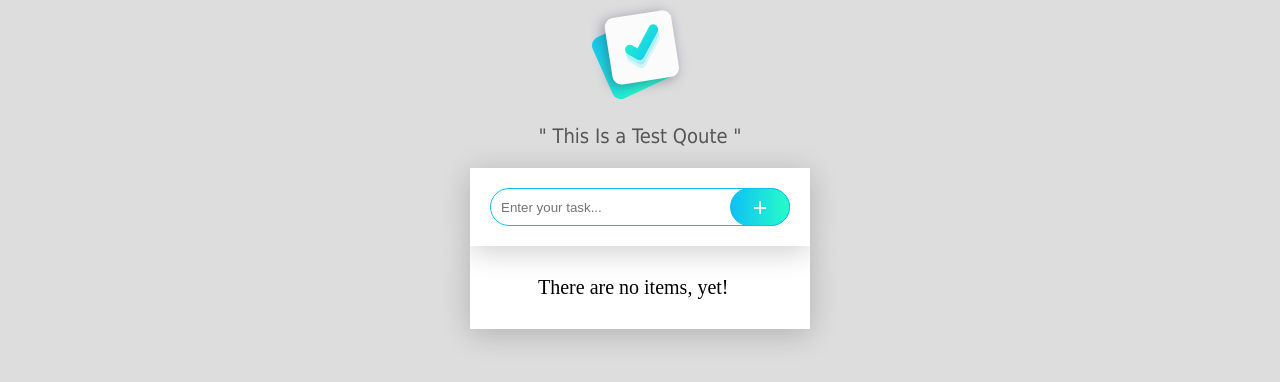
Repository: ahmedhamed15/React-Todo
Page: /
These files come from the project's save history. The page is drawn as it stood at one moment and after the next save; the edit follows.
The browser window is 1280 px wide. The pictures show the whole page.
The project was rebuilt for these pictures with package versions that can differ from the ones it lists, and the page was loaded fresh each time. Also part of the build but not shown: src/components/Todos/TodoItem/index.js.

Above is the page before, as saved 2021-07-27 00:20:13.

### src/index.js
import React from 'react';
import ReactDOM from 'react-dom';
import './index.scss';
import App from './App';

ReactDOM.render(<App />,document.getElementById('root'));

### src/index.scss
html {
  background: #ddd;
  height: 100%;
  display: flex;
}
body {
  width: 100%;
  margin: auto;
  margin: 0;
  padding: 0;
}

### src/App.js
import MainLogo from "./components/MainLogo";
import Qoute from "./components/Qoute";
import TodoList from "./components/Todos/TodoList";

function App() {
  return (
    <section className="App">
      <MainLogo />
      <Qoute />
      <TodoList />
    </section>
  );
}

export default App;

### src/components/MainLogo/index.js
import "./style.scss"

const index = () => {
    return (
        <section className="main-logo">
            <svg width="100px" height="100px" viewBox="0 0 100 100" version="1.1" xmlns="http://www.w3.org/2000/svg" xmlnsXlink="http://www.w3.org/1999/xlink">
                <desc>Created with Sketch.</desc>
                <defs>
                <linearGradient x1="34.9523037%" y1="0%" x2="116.039609%" y2="115.484477%" id="linearGradient-1">
                    <stop stopColor="#27FDC7" offset="0%"></stop>
                    <stop stopColor="#0FC0F5" offset="100%"></stop>
                </linearGradient>
                <rect id="path-2" x="19.8783454" y="5.46149939" width="67.2578578" height="67.2008596" rx="8.99999976"></rect>
                <filter x="-35.7%" y="-28.3%" width="162.4%" height="162.5%" filterUnits="objectBoundingBox" id="filter-3">
                    <feOffset dx="-3" dy="2" in="SourceAlpha" result="shadowOffsetOuter1"></feOffset>
                    <feGaussianBlur stdDeviation="6.5" in="shadowOffsetOuter1" result="shadowBlurOuter1"></feGaussianBlur>
                    <feColorMatrix values="0 0 0 0 0.0296505968   0 0 0 0 0.0172602666   0 0 0 0 0.100446429  0 0 0 0.423177083 0" type="matrix" in="shadowBlurOuter1"></feColorMatrix>
                </filter>
                <linearGradient x1="0%" y1="0%" x2="115.291753%" y2="112.548614%" id="linearGradient-4">
                    <stop stopColor="#27FDC7" offset="0%"></stop>
                    <stop stopColor="#0FC0F5" offset="83.2001616%"></stop>
                    <stop stopColor="#27FDC7" offset="100%"></stop>
                </linearGradient>
                <path d="M40.2086259,6.21042694 C39.2480415,5.24152695 38.1027468,4.75708888 36.7727039,4.75708888 C35.4426658,4.75708888 34.3096854,5.24152695 33.3737297,6.21042694 L16.3049725,23.7622477 L12.0193093,19.3649757 C11.0833536,18.3960804 9.9503732,17.9116376 8.62033507,17.9116376 C7.29029269,17.9116376 6.14499751,18.3960804 5.1844131,19.3649757 C4.24845898,20.3338709 3.78048896,21.5077058 3.78048896,22.8865186 C3.78048896,24.2653314 4.24845898,25.4391663 5.1844131,26.4080615 L12.8690505,34.3082476 C13.8296349,35.2771428 14.9749296,35.7615833 16.3049725,35.7615833 C17.6350106,35.7615833 18.767991,35.2771428 19.7039467,34.3082476 L40.2086259,13.2535128 C41.1445816,12.2597758 41.61255,11.0797257 41.61255,9.71333379 C41.61255,8.34694665 41.1445816,7.17932216 40.2086259,6.21042694 Z" id="path-5"></path>
                <filter x="-51.5%" y="-62.9%" width="203.1%" height="225.8%" filterUnits="objectBoundingBox" id="filter-6">
                    <feOffset dx="0" dy="0" in="SourceAlpha" result="shadowOffsetOuter1"></feOffset>
                    <feGaussianBlur stdDeviation="6.5" in="shadowOffsetOuter1" result="shadowBlurOuter1"></feGaussianBlur>
                    <feColorMatrix values="0 0 0 0 1   0 0 0 0 1   0 0 0 0 1  0 0 0 0.588937953 0" type="matrix" in="shadowBlurOuter1"></feColorMatrix>
                </filter>
                </defs>
                <g id="Page-1" stroke="none" strokeWidth="1" fill="none" fillRule="evenodd">
                <g id="Artboard-2" transform="translate(-214.000000, -272.000000)">
                    <g id="Group-4" transform="translate(201.000000, 269.000000)">
                        <g id="Group-3" transform="translate(58.787474, 58.534712) rotate(-6.000000) translate(-58.787474, -58.534712) translate(5.642436, 5.434712)">
                            <g id="Group-2" transform="translate(52.899385, 53.035097) rotate(7.000000) translate(-52.899385, -53.035097) translate(5.609309, 5.785097)">
                            <path d="M20.0219734,15.1240886 L74.1829282,14.1930575 C79.1527566,14.1076258 83.2508546,18.0672116 83.3362864,23.03704 C83.3371726,23.0885978 83.3376158,23.1401624 83.3376158,23.1917278 L83.3376158,72.0429044 C83.3376158,76.9531616 79.4018358,80.9571794 74.4923039,81.0415747 L20.3313491,81.9726057 C15.3615207,82.0580374 11.2634227,78.0984516 11.1779909,73.1286232 C11.1771047,73.0770654 11.1766615,73.0255009 11.1766615,72.9739354 L11.1766615,24.1227589 C11.1766615,19.2125016 15.1124415,15.2084838 20.0219734,15.1240886 Z" id="Rectangle" fill="url(#linearGradient-1)" transform="translate(47.257139, 48.082832) scale(-1, -1) rotate(-25.000000) translate(-47.257139, -48.082832) "></path>
                            <g id="Rectangle" transform="translate(53.507274, 39.061929) rotate(-10.000000) translate(-53.507274, -39.061929) ">
                                <use fill="black" fillOpacity="1" filter="url(#filter-3)" xlinkHref="#path-2"></use>
                                <use fill="#FBFBFB" fillRule="evenodd" xlinkHref="#path-2"></use>
                            </g>
                            </g>
                        </g>
                        <g id="Group-5" transform="translate(43.000000, 26.000000)">
                            <path d="M41.1093892,10.5623533 C40.1488048,9.59345333 39.0035101,9.10901526 37.6734673,9.10901526 C36.3434291,9.10901526 35.2104488,9.59345333 34.274493,10.5623533 L17.2057358,28.1141741 L12.9200727,23.716902 C11.9841169,22.7480068 10.8511366,22.263564 9.52109843,22.263564 C8.19105605,22.263564 7.04576086,22.7480068 6.08517646,23.716902 C5.14922234,24.6857973 4.68125232,25.8596322 4.68125232,27.238445 C4.68125232,28.6172578 5.14922234,29.7910927 6.08517646,30.7599879 L13.7698139,38.660174 C14.7303983,39.6290692 15.875693,40.1135096 17.2057358,40.1135096 C18.535774,40.1135096 19.6687543,39.6290692 20.6047101,38.660174 L41.1093892,17.6054392 C42.045345,16.6117022 42.5133134,15.4316521 42.5133134,14.0652602 C42.5133134,12.698873 42.045345,11.5312485 41.1093892,10.5623533 Z" id="Page-1" fill="url(#linearGradient-4)" opacity="0.3" transform="translate(23.597283, 24.611262) rotate(-16.000000) translate(-23.597283, -24.611262) "></path>
                            <path d="M42.0101526,14.2623533 C41.0495682,13.2934533 39.9042735,12.8090153 38.5742306,12.8090153 C37.2441925,12.8090153 36.1112121,13.2934533 35.1752564,14.2623533 L18.1064992,31.8141741 L13.820836,27.416902 C12.8848803,26.4480068 11.7518999,25.963564 10.4218618,25.963564 C9.09181941,25.963564 7.94652422,26.4480068 6.98593982,27.416902 C6.78271177,27.6272827 6.60154798,27.8473258 6.4424483,28.0770317 C5.8688243,28.9052219 5.58201568,29.8590202 5.58201568,30.938445 C5.58201568,32.3172578 6.04998569,33.4910927 6.98593982,34.4599879 L14.6705772,42.360174 C15.6311616,43.3290692 16.7764563,43.8135096 18.1064992,43.8135096 C19.4365373,43.8135096 20.5695177,43.3290692 21.5054734,42.360174 L42.0101526,21.3054392 C42.9461083,20.3117022 43.4140767,19.1316521 43.4140767,17.7652602 C43.4140767,16.398873 42.9461083,15.2312485 42.0101526,14.2623533 Z" id="Page-1" fill="url(#linearGradient-4)" opacity="0.2" transform="translate(24.498046, 28.311262) rotate(-16.000000) translate(-24.498046, -28.311262) "></path>
                            <g id="Page-1" transform="translate(22.696519, 20.259336) rotate(-16.000000) translate(-22.696519, -20.259336) ">
                            <use fill="black" fillOpacity="1" filter="url(#filter-6)" xlinkHref="#path-5"></use>
                            <use fill="url(#linearGradient-4)" fillRule="evenodd" xlinkHref="#path-5"></use>
                            </g>
                        </g>
                    </g>
                </g>
                </g>
            </svg>
        </section>
    )
}

export default index

### src/components/Qoute/index.js
import "./style.scss"

const index = () => {
    return (
        <section className="qoute">
            <blockquote> This Is a Test Qoute </blockquote>
        </section>
    )
}

export default index

### src/components/Todos/TodoList/index.js
import React, {useState} from 'react';
import TodoItem from "../TodoItem";
import TodoFrom from "../TodoForm";
import "./style.scss"

const Index = () => {

    // Main State
    const [state, setState] = useState({
        tasks: [
            // {id: 1, title: 'The first item', active: true},
            // {id: 2, title: 'The second item', active: true},
            // {id: 3, title: 'The Third item', active: true},
            // {id: 4, title: 'The fourth item', active: true}
        ],
        error: ''
    });

    // Add A New Item
    const addNewItem = (title) => {
        if (title !== '') {
            let newItems = {
                id: 5,
                title,
                active: true
            };
            setState({
                tasks: [...state.tasks, newItems]
            });
        } else {
            setState({
                error: "You must add real value!"
            })
        }
    }

    return (
        <section className="todos-list">

            {/* General SVG code for checkbox */}
            <svg viewBox="0 0 0 0" style={ {position: 'absolute', zIndex: '-1', opacity: '0'} }>
                <defs>
                <linearGradient id="boxGradient" gradientUnits="userSpaceOnUse" x1="0" y1="0" x2="25" y2="25">
                    <stop offset="0%"   stopColor="#27FDC7"/>
                    <stop offset="100%" stopColor="#0FC0F5"/>
                </linearGradient>

                <linearGradient id="lineGradient">
                    <stop offset="0%"    stopColor="#0FC0F5"/>
                    <stop offset="100%"  stopColor="#27FDC7"/>
                </linearGradient>

                <path id="todo__line" stroke="url(#lineGradient)" d="M21 12.3h168v0.1z"></path>
                <path id="todo__box" stroke="url(#boxGradient)" d="M21 12.7v5c0 1.3-1 2.3-2.3 2.3H8.3C7 20 6 19 6 17.7V7.3C6 6 7 5 8.3 5h10.4C20 5 21 6 21 7.3v5.4"></path>
                <path id="todo__check" stroke="url(#boxGradient)" d="M10 13l2 2 5-5"></path>
                <circle id="todo__circle" cx="13.5" cy="12.5" r="10"></circle>
                </defs>
            </svg>


            {/* Todo From */}
            <TodoFrom addNewItem={addNewItem} />

            {/* Todos List */}
            <div className="todo-list">
                { state.error !== '' && (<div className="todo"> {state.error} </div>) }
                { state.tasks.length ? state.tasks.map( (item) => <TodoItem key={item.id} task={item} /> ) : (<div className="todo"> There are no items, yet! </div>) }
            </div>

        </section>
    )
}

export default Index

### src/components/MainLogo/style.scss
.main-logo {
    text-align: center;
}

### src/components/Qoute/style.scss
.qoute {
    text-align: center;
    blockquote {
        font: {
            size: 20px;
            family: 'tahoma', arial;
            weight: 500;
        }
        color: #555;
        &::after,
        &::before {
            content: ' " ';
        }
    }
}

### src/components/Todos/TodoForm/index.js
import "./style.scss";

const index = ({ addNewItem }) => {

    // Submit Handle
    const submitHandle = (e) => {
        e.preventDefault();
        addNewItem(e.target.title.value.trim());
    }

    return (
        <form className="todo-form" onSubmit={submitHandle}>
            <input type="text" className="todo-form__input-type" name="title" placeholder="Enter your task..." />
            <button type="submit" className="todo-form__button-type"> + </button>
        </form>
    )
}

export default index

### src/components/Todos/TodoList/style.scss
.todo-list {
    background: #FFF;
    font-size: 20px;
    max-width: 15em;
    margin: auto;
    padding: 0.5em 1em;
    box-shadow: 0 5px 30px rgba(0, 0, 0, 0.2);
}

### src/components/Todos/TodoItem/style.scss
  .todo {
    display: block;
    position: relative;
    padding: 1em 1em 1em 16%;
    margin: 0 auto;
    cursor: pointer;
  }
  .todo:last-child {
    border-bottom: none;
  }
  .todo__state {
    position: absolute;
    top: 0;
    left: 0;
    opacity: 0;
  }
  .todo__text {
    color: #135156;
    transition: all 0.4s linear 0.4s;
    padding-right: 20px;
  }
  .todo__icon {
    position: absolute;
    top: 0;
    bottom: 0;
    left: 0;
    width: 100%;
    height: auto;
    margin: auto;
    fill: none;
    stroke: #27FDC7;
    stroke-width: 2;
    stroke-linejoin: round;
    stroke-linecap: round;
  }
  .todo__line,
  .todo__box,
  .todo__check {
    transition: stroke-dashoffset 0.8s cubic-bezier(0.9, 0, 0.5, 1);
  }
  .todo__circle {
    stroke: #27FDC7;
    stroke-dasharray: 1 6;
    stroke-width: 0;
    transform-origin: 13.5px 12.5px;
    transform: scale(0.4) rotate(0deg);
    -webkit-animation: none 0.8s linear;
            animation: none 0.8s linear;
  }
  @-webkit-keyframes explode {
    30% {
      stroke-width: 3;
      stroke-opacity: 1;
      transform: scale(0.8) rotate(40deg);
    }
    100% {
      stroke-width: 0;
      stroke-opacity: 0;
      transform: scale(1.1) rotate(60deg);
    }
  }
  @keyframes explode {
    30% {
      stroke-width: 3;
      stroke-opacity: 1;
      transform: scale(0.8) rotate(40deg);
    }
    100% {
      stroke-width: 0;
      stroke-opacity: 0;
      transform: scale(1.1) rotate(60deg);
    }
  }
  .todo__box {
    stroke-dasharray: 56.1053, 56.1053;
    stroke-dashoffset: 0;
    transition-delay: 0.16s;
  }
  .todo__check {
    stroke: #27FDC7;
    stroke-dasharray: 9.8995, 9.8995;
    stroke-dashoffset: 9.8995;
    transition-duration: 0.32s;
  }
  .todo__line {
    stroke-dasharray: 168, 1684;
    stroke-dashoffset: 168;
  }
  .todo__circle {
    -webkit-animation-delay: 0.56s;
            animation-delay: 0.56s;
    -webkit-animation-duration: 0.56s;
            animation-duration: 0.56s;
  }
  .todo__state:checked ~ .todo__text {
    transition-delay: 0s;
    color: #5EBEC1;
    opacity: 0.6;
  }
  .todo__state:checked ~ .todo__icon .todo__box {
    stroke-dashoffset: 56.1053;
    transition-delay: 0s;
  }
  .todo__state:checked ~ .todo__icon .todo__line {
    stroke-dashoffset: -8;
  }
  .todo__state:checked ~ .todo__icon .todo__check {
    stroke-dashoffset: 0;
    transition-delay: 0.48s;
  }
  .todo__state:checked ~ .todo__icon .todo__circle {
    -webkit-animation-name: explode;
            animation-name: explode;
  }
  .todo-item {
    position: relative;
    &:not(:last-child) {
      .todo {
        border-bottom: solid 1px #ddd;
      }
    }
  }
  .todo__delete-btn {
    color: red;
    font: {
      size: 25px;
      weight: bold
    };
    position: absolute;
    top: 50%;
    right: -33px;
    transform: translateY(-50%);
    background-image: linear-gradient(to right, #0FC0F5, #27FDC7);
    width: 25px;
    height: 25px;
    text-align: center;
    border-radius: 50%;
    cursor: pointer;
  }

### src/components/Todos/TodoForm/style.scss
.todo-form {
    background: #FFF;
    font-size: 20px;
    max-width: 15em;
    margin: auto;
    padding: 1em;
    box-shadow: 0 5px 30px rgba(0, 0, 0, 0.2);
    display: flex;
    position: relative;
    .todo-form__input-type,
    .todo-form__button-type {
        height: 30px;
        border: 1px solid #0FC0F5;
    }
    .todo-form__input-type {
        width: 100%;
        padding: 3px 10px;
        border-radius: 30px;
        &:focus {
            outline: 0;
        }
    }
    .todo-form__button-type {
        border-radius: 30px;
        width: 60px;
        height: 38px;
        background: none;
        color: #FFF;
        cursor: pointer;
        position: absolute;
        right: 0.8em;
        background-image: linear-gradient(to right, #0FC0F5, #27FDC7);
        border: 1px solid #0FC0F5;
        top: 50%;
        transform: translateY(-50%);
        font: {
            size: 25px;
        }
    }
}

Loaded but not shown: public/index.html (common file)

After the next save:
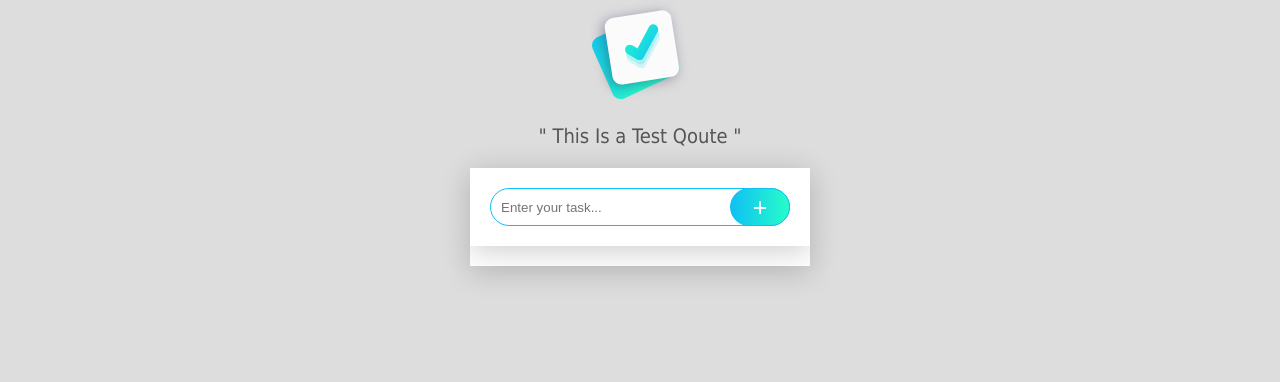
Saved 19 s later.
--- a/src/components/Todos/TodoList/index.js
+++ b/src/components/Todos/TodoList/index.js
@@ -64,7 +64,7 @@
             {/* Todos List */}
             <div className="todo-list">
                 { state.error !== '' && (<div className="todo"> {state.error} </div>) }
-                { state.tasks.length ? state.tasks.map( (item) => <TodoItem key={item.id} task={item} /> ) : (<div className="todo"> There are no items, yet! </div>) }
+                {/* { state.tasks.length ? state.tasks.map( (item) => <TodoItem key={item.id} task={item} /> ) : (<div className="todo"> There are no items, yet! </div>) } */}
             </div>
 
         </section>

After the 2 saves that followed:
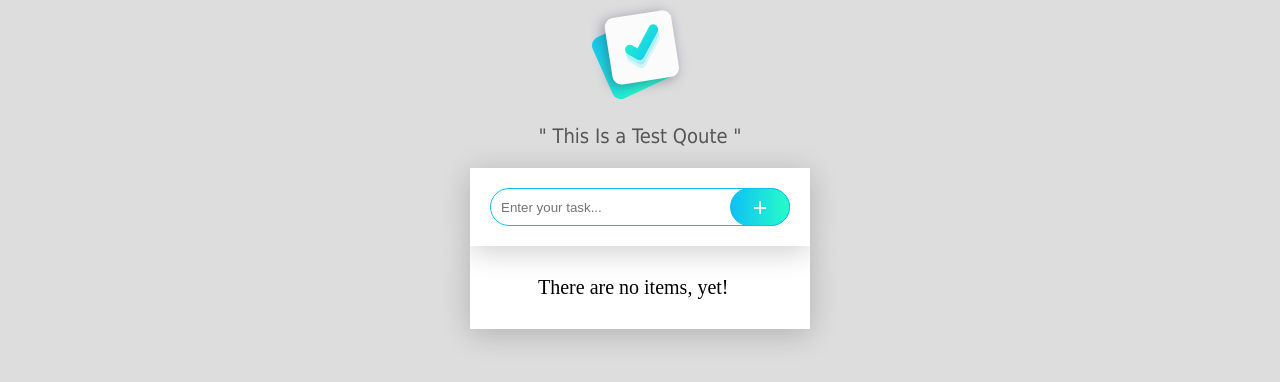
The 2 saves are shown as one change because 1 left the picture as it was.
The last was saved 37 s later.
--- a/src/components/Todos/TodoList/index.js
+++ b/src/components/Todos/TodoList/index.js
@@ -25,7 +25,8 @@
                 active: true
             };
             setState({
-                tasks: [...state.tasks, newItems]
+                tasks: [...state.tasks, newItems],
+                error: ''
             });
         } else {
             setState({
@@ -64,7 +65,7 @@
             {/* Todos List */}
             <div className="todo-list">
                 { state.error !== '' && (<div className="todo"> {state.error} </div>) }
-                {/* { state.tasks.length ? state.tasks.map( (item) => <TodoItem key={item.id} task={item} /> ) : (<div className="todo"> There are no items, yet! </div>) } */}
+                { state.tasks.length > 0 ? state.tasks.map( (item) => <TodoItem key={item.id} task={item} /> ) : (<div className="todo"> There are no items, yet! </div>) }
             </div>
 
         </section>
